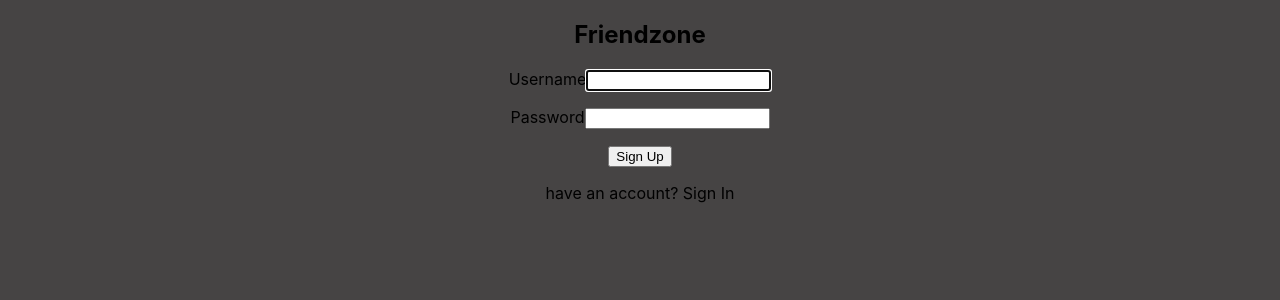
Repository: DerickT02/friend-zone
Page: /
These files come from the project's save history. The page is drawn as it stood at one moment and after the next save; the edit follows.
The browser window is 1280 px wide. The pictures show the whole page.
The project was rebuilt for these pictures with package versions that can differ from the ones it lists, and the page was loaded fresh each time. Also part of the build but not shown: src/Appreducer.js, src/GlobalState.js, src/Post.js, src/Homepage.js, src/fire.js.

Above is the page before, as saved 2021-07-07 07:24:07.

After the next save:
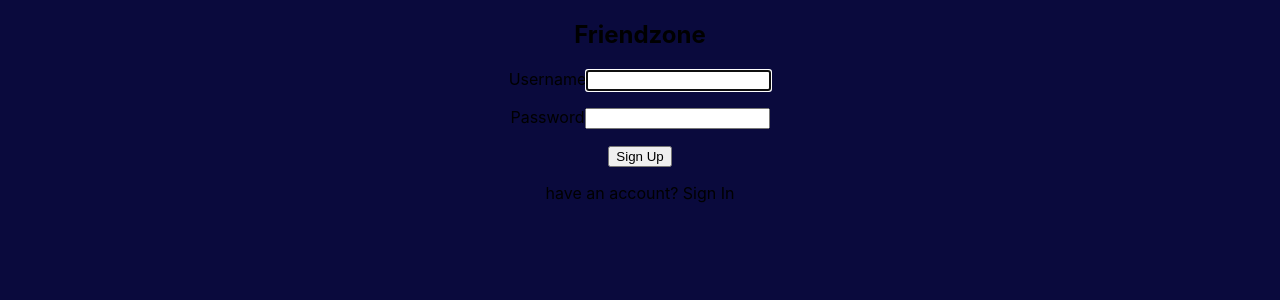
Saved 6 min 39 s later.
--- a/src/index.css
+++ b/src/index.css
@@ -5,7 +5,7 @@ body {
     sans-serif;
   -webkit-font-smoothing: antialiased;
   -moz-osx-font-smoothing: grayscale;
-  background-color: rgb(70, 68, 68);
+  background-color: rgb(10, 10, 61);
 
 }
 
